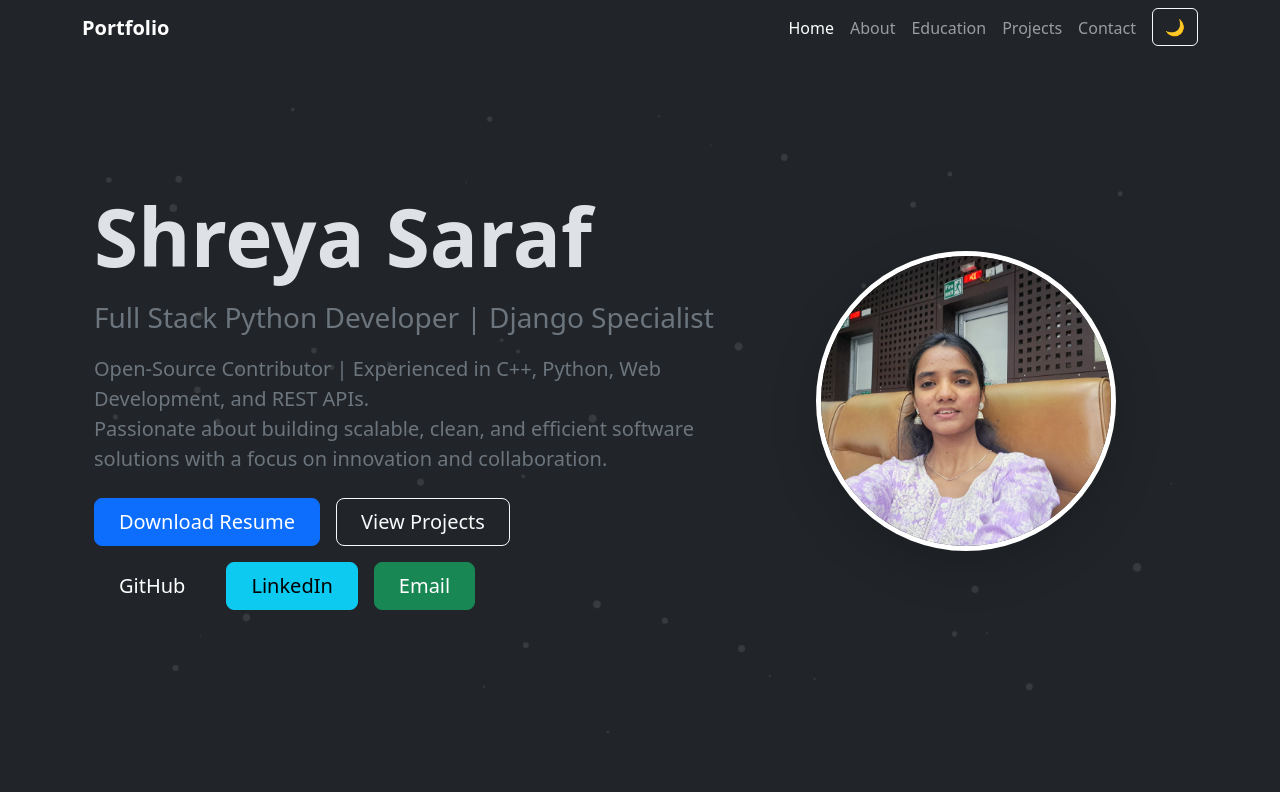
Repository: Shreyasaraf01/shreya-portfolio
Page: http://localhost/
An editor plug-in stored every save of this project. The page is shown before and after the next save, followed by the edit.
The browser window is 1280 px wide. The pictures show the whole page.
The page is served by the project's application, run on Django 5.2 (manage.py).

Above is the page before, as saved 2025-09-13 23:09:00.

After the next save:
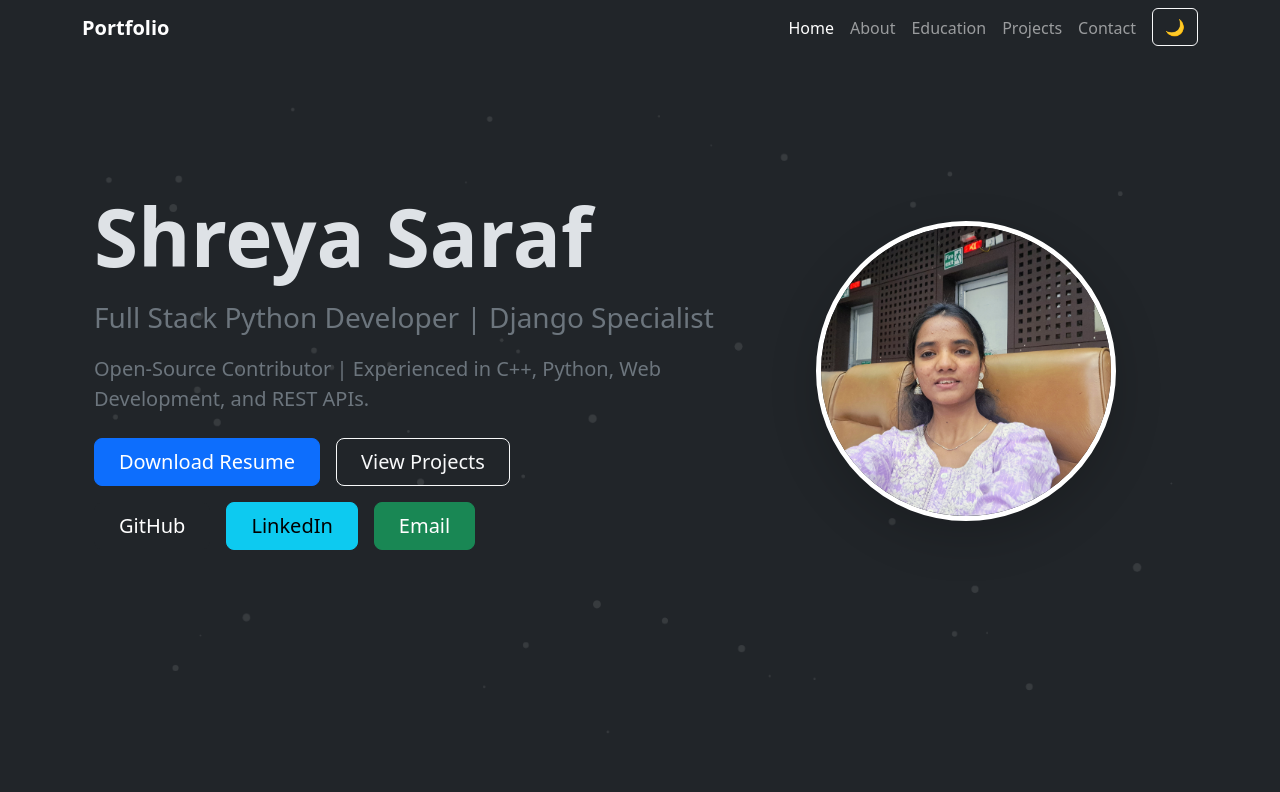
Saved 96 s later.
--- a/main/templates/main/index.html
+++ b/main/templates/main/index.html
@@ -18,7 +18,6 @@
         <p class="fs-3 text-secondary mb-3">Full Stack Python Developer | Django Specialist</p>
         <p class="fs-5 text-secondary mb-4">
           Open-Source Contributor | Experienced in C++, Python, Web Development, and REST APIs.<br>
-          Passionate about building scalable, clean, and efficient software solutions with a focus on innovation and collaboration.
         </p>
 
         <!-- Call-to-action Buttons -->
